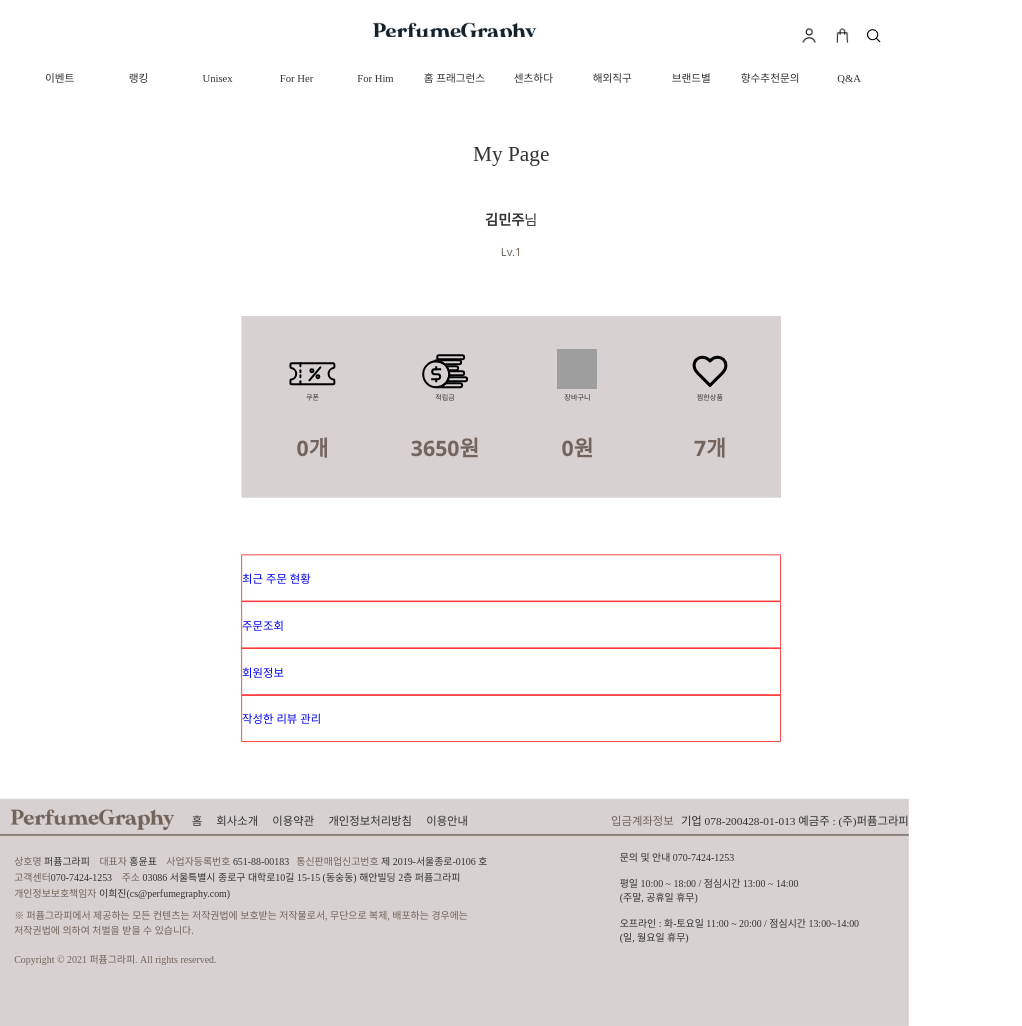
Repository: mingdue03/perfumegraphy
Page: myPage.html
An editor plug-in stored every save of this project. The page is shown before and after the next save, followed by the edit.
The browser window is 1280 px wide. The page is 1440 px wide, so the pictures cover 1440 px, including what lies to the right of the window. The pictures show the whole page, at 71% of full size.
Pictures or frames that could not be fetched are drawn as grey boxes.

Above is the page before, as saved 2021-08-27 15:11:20.

### myPage.html
<!DOCTYPE html>
<html lang="ko">
<head>
    <meta charset="UTF-8">
    <meta http-equiv="X-UA-Compatible" content="IE=edge">
    <meta name="viewport" content="width=device-width, initial-scale=1.0">
    <title>PerfumeGraphy</title>
    <link rel="stylesheet" href="css/basic.css">
    <link rel="stylesheet" href="css/mypage.css">
    <link href="https://fonts.googleapis.com/css2?family=Noto+Serif+KR&display=swap" rel="stylesheet">
    <script src="js/jquery-1.12.4.min.js"></script>
    <script src="js/jquery.slides.min.js"></script>
    <script src="js/jquery.stellar.js"></script>
    <script src="js/main_1.js"></script>
</head>
<body>
<div id="body_wrap">
    <header>
    <div id="header_wrap">
        <div class="header_top">
            <div class="logo">
                <h1><a href="index.html">PerfumeGraphy</a></h1>
            </div>
            <ul class="top_menu">
                <li class="user"><a href="login.html">마이페이지</a></li>
                <li class="cart"><a href="mypage.html">장바구니</a></li>
                <li class="search"><a href="#">검색</a></li>
                <li class="ham_btn"><a href="#">button</a></li>
            </ul>
        </div>
        <div class="search_pop">
            <div class="search_bg">
                <span></span>
                <ul>
                    <li><a href="#">#금주의 향수</a></li>
                    <li><a href="#">#럭셔리집들이선물</a></li>
                    <li><a href="#">#비누향수</a></li>
                </ul>
            </div>
        </div>
        <div class="header_b" >
            <ul class="gnb">
                <li>
                    <a href="#">이벤트</a>
                </li>
                <li class="hasSub">
                    <a href="lank.html">랭킹</a>
                    <ul class="sub_menu">
                        <li><a href="lank.html">전체 랭킹 </a></li>
                        <li><a href="lank.html">Unisex 랭킹</a></li>
                        <li><a href="lank.html">For her 랭킹</a></li>
                        <li><a href="lank.html">For him 랭킹</a></li>
                    </ul>
                </li>
                <li class="hasSub">
                    <a href="#">Unisex</a>
                    <ul class="sub_menu">
                        <li><a href="#">ALL</a></li>
                        <li><a href="#"> 시트러스 | 그린</a></li>
                        <li><a href="#">우디 | 베티버</a></li>
                        <li><a href="#">샌달우드 | 머스크</a></li>
                        <li><a href="#">스파이시 | 통카빈</a></li>
                    </ul>
                </li>
                <li class="hasSub">
                    <a href="#">For Her</a>
                    <ul class="sub_menu">
                        <li><a href="#">ALL</a></li>
                        <li><a href="#">시트러스 | 그린</a></li>
                        <li><a href="#">플로럴 | 화이트플로럴</a></li>
                        <li><a href="#">머스크 | 앰버</a></li>
                        <li><a href="#">스위트 | 바닐라</a></li>
                    </ul>
                </li>
                <li class="hasSub">
                    <a href="#">For Him</a>
                    <ul class="sub_menu">
                        <li><a href="#">ALL</a></li>
                        <li><a href="#">시트러스 | 그린</a></li>
                        <li><a href="#">우디 | 베티버</a></li>
                        <li><a href="#">웜스파이시 | 통카빈</a></li>
                        <li><a href="#">머스크 | 앰버</a></li>
                        <li><a href="#">라벤더 | 워터리</a></li>
                    </ul>
                </li>
                <li class="hasSub">
                    <a href="#">홈 프래그런스</a>
                    <ul class="sub_menu">
                        <li><a href="#">디퓨저 & 캔들</a></li>
                        <li><a href="#">바디 & 솝</a></li>
                    </ul>
                </li>
                <li><a href="#">센츠하다</a></li>
                <li>
                    <a href="#">해외직구</a>
                </li>
                <li><a href="#">브랜드별</a></li>
                <li><a href="#">향수추천문의</a></li>
                <li><a href="#">Q&A</a></li>
            </ul>
        </div>
        <div class="gnb_dim"></div>
    </div>
    </header>
    <!------------------------login-------------------------------->
    <main id="mypage">
        <div class="mypage_wrap">
            <h2>My Page</h2>
            <section class="name">
                <div>
                    <p><span>김민주</span>님</p>
                    <p class="level">Lv.1</p>
                </div>
            </section>
            <section class="coupons">
                <div class="coupon_wrap">
                    <ul>
                        <li><a href="#" class="coupon">쿠폰 <span>0개</span></a></li>
                        <li><a href="#" class="coin">적립금 <span>3650원</span></a></li>
                        <li><a href="#" class="cart">장바구니<span>0원</span></a></li>
                        <li><a href="#" class="heart">찜한상품<span>7개</span></a></li>
                    </ul>
                </div>
            </section>
            <section class="order">
                <div class="oder_wrap">
                    <ul>
                        <li class="recent"><a href="#">최근 주문 현황</a></li>
                        <li><a href="#">주문조회</a></li>
                        <li><a href="#">회원정보</a></li>
                        <li><a href="#">작성한 리뷰 관리</a></li>
                    </ul>

                </div>
            </section>

        </div>
    </main>
    <footer>
        <div id="footer_in">
            <div class="footer_top">
                <h2>PerfumeGraphy</h2>
                <ul class="m_hidden">
                    <li><a href="javasctipt:;">홈</a></li>
                    <li><a href="javasctipt">회사소개</a></li>
                    <li><a href="javasctipt">이용약관</a></li>
                    <li><a href="javasctipt">개인정보처리방침</a></li>
                    <li><a href="javasctipt">이용안내</a></li>
                </ul>
                <p><span>입금계좌정보</span> 기업 078-200428-01-013 예금주 : (주)퍼퓸그라피</p>
            </div>
        </div>
        <div class="footer_bottom">
            <section class="left">
                <ul class="pc_hidden">
                    <li><a href="javasctipt:;">홈</a></li>
                    <li><a href="javasctipt">회사소개</a></li>
                    <li><a href="javasctipt">이용약관</a></li>
                    <li><a href="javasctipt">개인정보처리방침</a></li>
                    <li><a href="javasctipt">이용안내</a></li>
                </ul>
                <p class="margin">
                    <p><span>상호명</span>  퍼퓸그라피</p> <p><span>대표자</span> 홍윤표</p>	 <p><span>사업자등록번호</span> 651-88-00183</p><p> <span >통신판매업신고번호</span>  제 2019-서울종로-0106 호<br></p>
                </p>
                <p class="pc_hidden">
                    <span>고객센터</span>070-7424-1253
                </p>
                <p>
                    <span> 주소</span> 03086 서울특별시 종로구 대학로10길 15-15 (동숭동) 해안빌딩 2층 퍼퓸그라피
                </p>
                <p ><span>개인정보보호책임자</span> 	 이희진(cs@perfumegraphy.com) </p>
                <p class="margin"><span class="m_hidden"> ※ 퍼퓸그라피에서 제공하는 모든 컨텐츠는 저작권법에 보호받는 저작물로서, 무단으로 복제, 배포하는 경우에는<br><span></span> 저작권법에 의하여
                처벌을 받을 수 있습니다.</span></p>
                <p class="margin"><span class="m_hidden"> Copyright © 2021 퍼퓸그라피. All rights reserved.</span></p>
            </section>
            <section class="right m_hidden">
                <p>문의 및 안내   070-7424-1253<br>
                    <br>
                    평일 10:00 ~ 18:00 / 점심시간 13:00 ~ 14:00<br>
                    (주말, 공휴일 휴무)<br>
                    <br>
                    오프라인 : 화-토요일 11:00 ~ 20:00 / 점심시간 13:00~14:00<br>
                     (일, 월요일 휴무)</p>
            </section>
        </div>
    </footer>
</div>
</body>
</html>

### css/mypage.css
@charset "UTF-8";

main#mypage{font-family:'NanumGothic','Segoe UI', Roboto, Oxygen, sans-serif ;background: #fff; color:#333; font-size:16px; }

#mypage{}
.mypage_wrap{
  width:1440px;
  margin:60px auto;
  text-align:center;
}
.mypage_wrap h2{
  font-size:30px;
  margin:60px 0;
  font-weight: normal;
  font-family: 'Noto Serif KR', serif;
}
.name {
  margin:20px 0;
}
.name p{
  font-size: 20px;
  margin:20px 0;
}
.name p span{
  font-weight: bold;
}
.name p.level{
  font-size:16px;
  color:#73645D;
}

.coupons{
  width:760px;
  margin:80px auto;
}
.coupon_wrap{
  width:100%;
  height:auto;
  background:#D7D1D1;
}
.coupon_wrap ul{
  padding:30px 0;
}
.coupon_wrap li{
  display: inline-block;
  width:24%;
}
.coupon_wrap a{
  display: block;
  width:100%;
  height:auto;
  font-size:10px;
  color:#333;
}
.coupon_wrap a.coupon:before{
  display:block;
  content:'';
  margin:0 auto -16px;
  width:90px; height:90px;
  background:url('../img/icon/coupon_icon.svg') no-repeat 100% 100%;
}
.coupon_wrap a.coin:before{
  display:block;
  content:'';
  margin:0 auto -16px;
  width:90px; height:90px;
  background:url('../img/icon/coins_icon.svg') no-repeat 100% 100%;}
.coupon_wrap a.cart:before{
  display:block;
  content:'';
  margin:17px auto 4px;
  width:56px; height:56px;
  background:url('../img/icon/bag_icon.svg') no-repeat 100% 100%;
}
.coupon_wrap a.heart:before{
  display:block;
  content:'';
  margin:0 auto -16px;
  width:90px; height:90px;
  background:url('../img/icon/basic_heart_icon.svg') no-repeat 100% 100%;
}
.coupon_wrap a span{
  display: block;
  font-size:30px;
  font-weight:bold;
  margin: 40px 0 20px;
  color:#73645D;
}


.order{}
.oder_wrap{
  width:760px;
  margin:80px auto;

}

.oder_wrap ul{}
.oder_wrap li{
  display:block;
  border-bottom:1px solid #999;
  text-align: left;
  border:1px solid red;
  padding: 20px 0;
}
.recent{

}
.oder_wrap a{}














@media (max-width:1440px){
  .login_wrap{
    width:100%;
  }
}

@media (max-width:450px){
  .login_wrap{
    max-width:450px;
  }
}

Loaded but not shown: js/jquery-1.12.4.min.js (library); js/jquery.slides.min.js (library); js/jquery.stellar.js (library); js/main_1.js (215 lines, source omitted); css/basic.css (877 lines, source omitted)

After the next save:
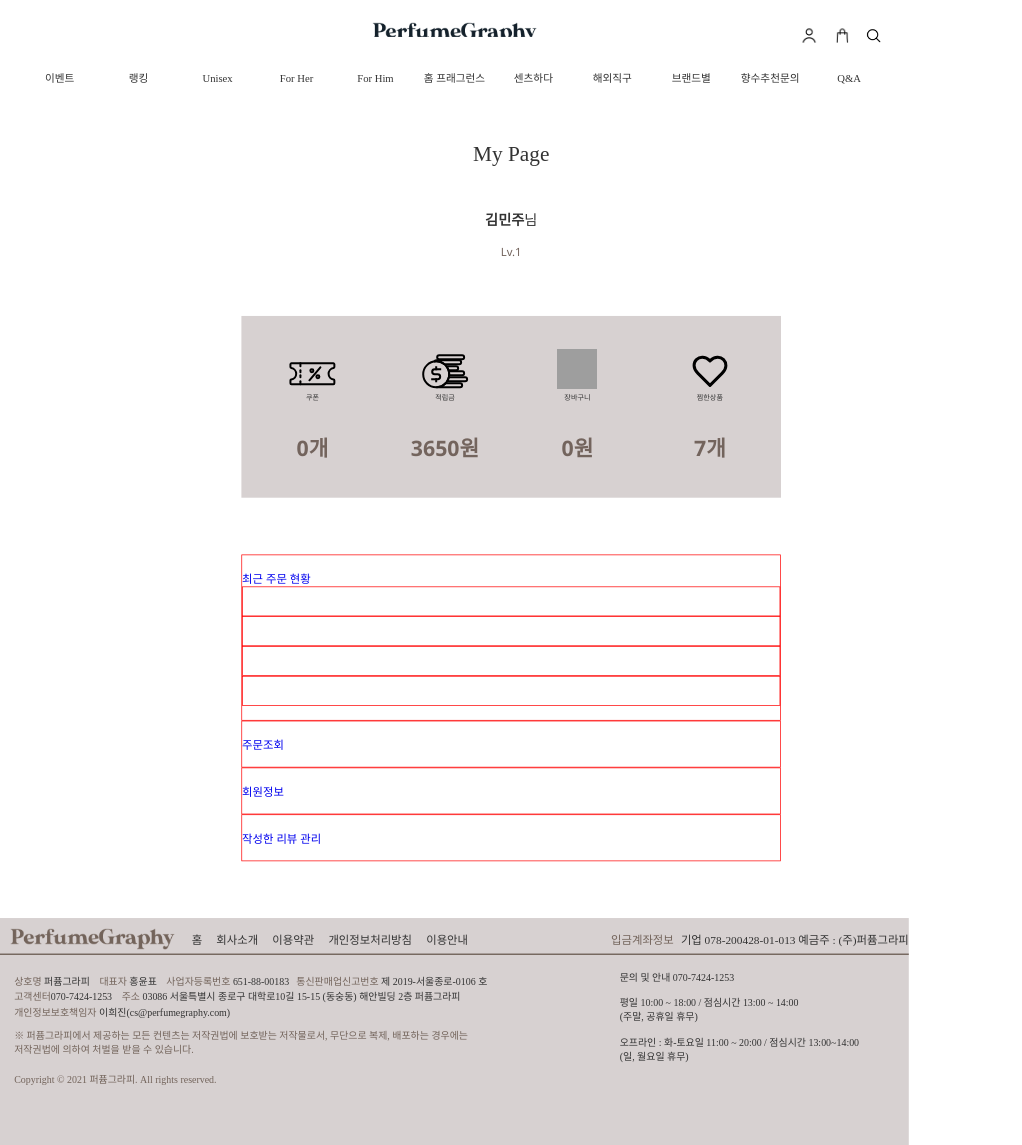
Saved 105 s later.
--- a/myPage.html
+++ b/myPage.html
@@ -125,7 +125,17 @@
             <section class="order">
                 <div class="oder_wrap">
                     <ul>
-                        <li class="recent"><a href="#">최근 주문 현황</a></li>
+                        <li class="recent">
+                            <a href="#">최근 주문 현황</a>
+                              <div class="recent_detail">
+                                  <ul>
+                                      <li><a href="#"></a></li>
+                                      <li><a href="#"></a></li>
+                                      <li><a href="#"></a></li>
+                                      <li><a href="#"></a></li>
+                                  </ul>
+                              </div>
+                        </li>
                         <li><a href="#">주문조회</a></li>
                         <li><a href="#">회원정보</a></li>
                         <li><a href="#">작성한 리뷰 관리</a></li>
